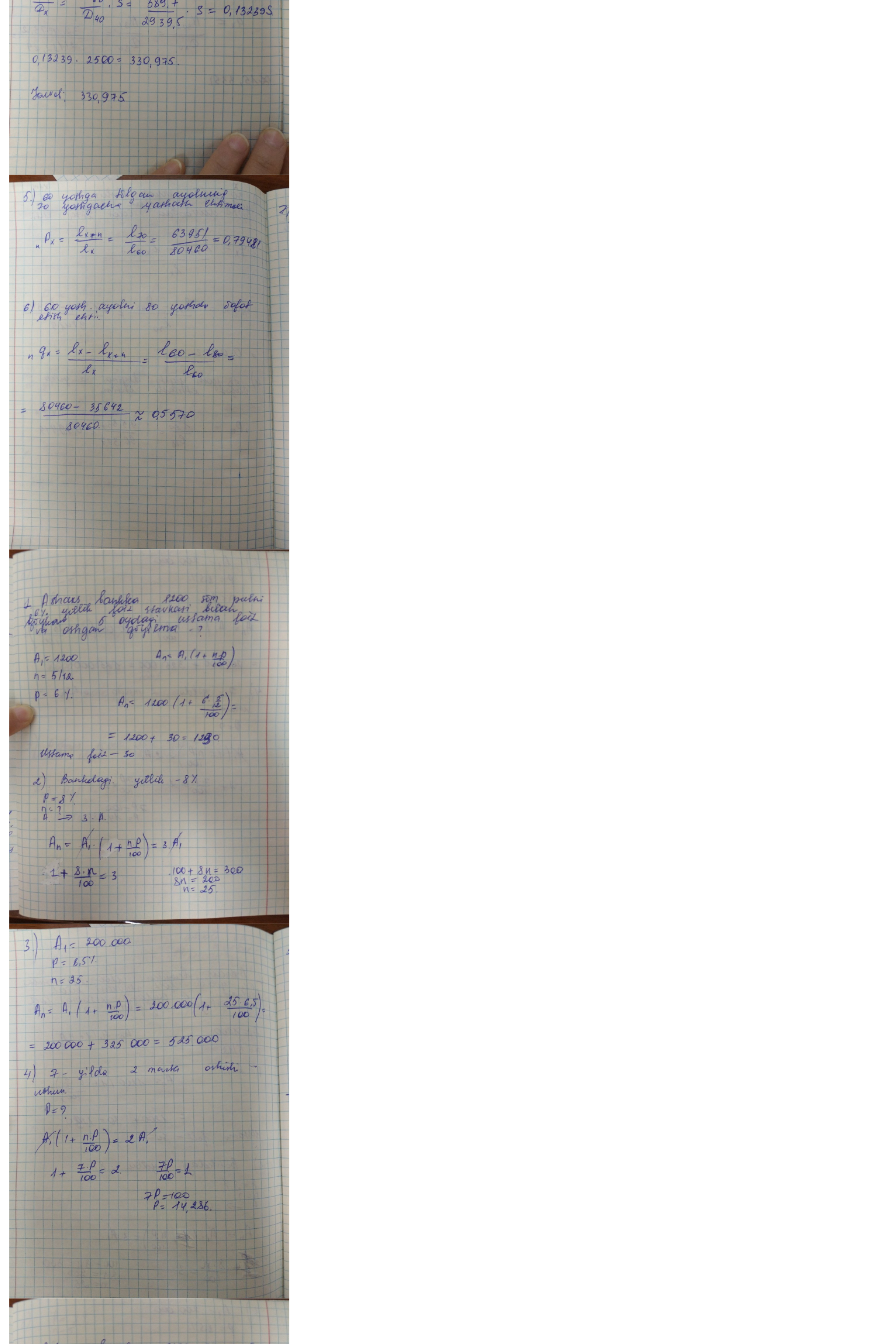
Repository: Ikromkhurozov/exam-inst
Page: index.html
An editor plug-in stored every save of this project. The page is shown before and after the next save, followed by the edit.
The browser window is 1280 px wide. The pictures show the part of the page from y = 2027 to 3947 px (the page is 8710 px tall before and 9245 px after), at 70% of full size.

Above is the page before, as saved 2023-05-26 10:11:12.

After the next save:
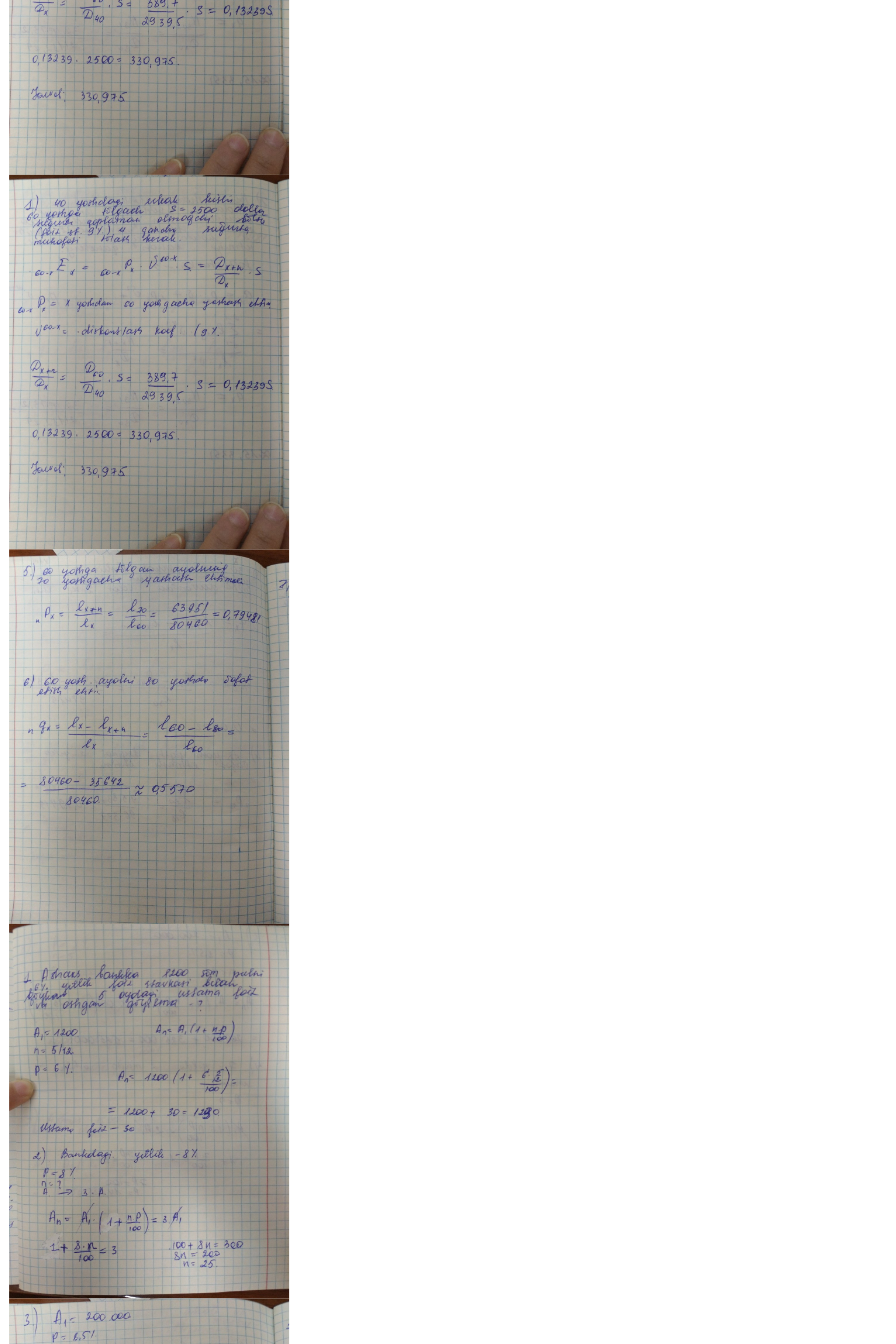
Saved 29 min 48 s later.
--- a/index.html
+++ b/index.html
@@ -32,6 +32,8 @@
   <br>
 
   <img src="/1.jpg" alt="p1">
+
+  <img src="/1.jpg" alt="p1">
   <img src="/2.jpg" alt="p4">
   <img src="/3.jpg" alt="p2">
   <img src="/4.jpg" alt="p3">
